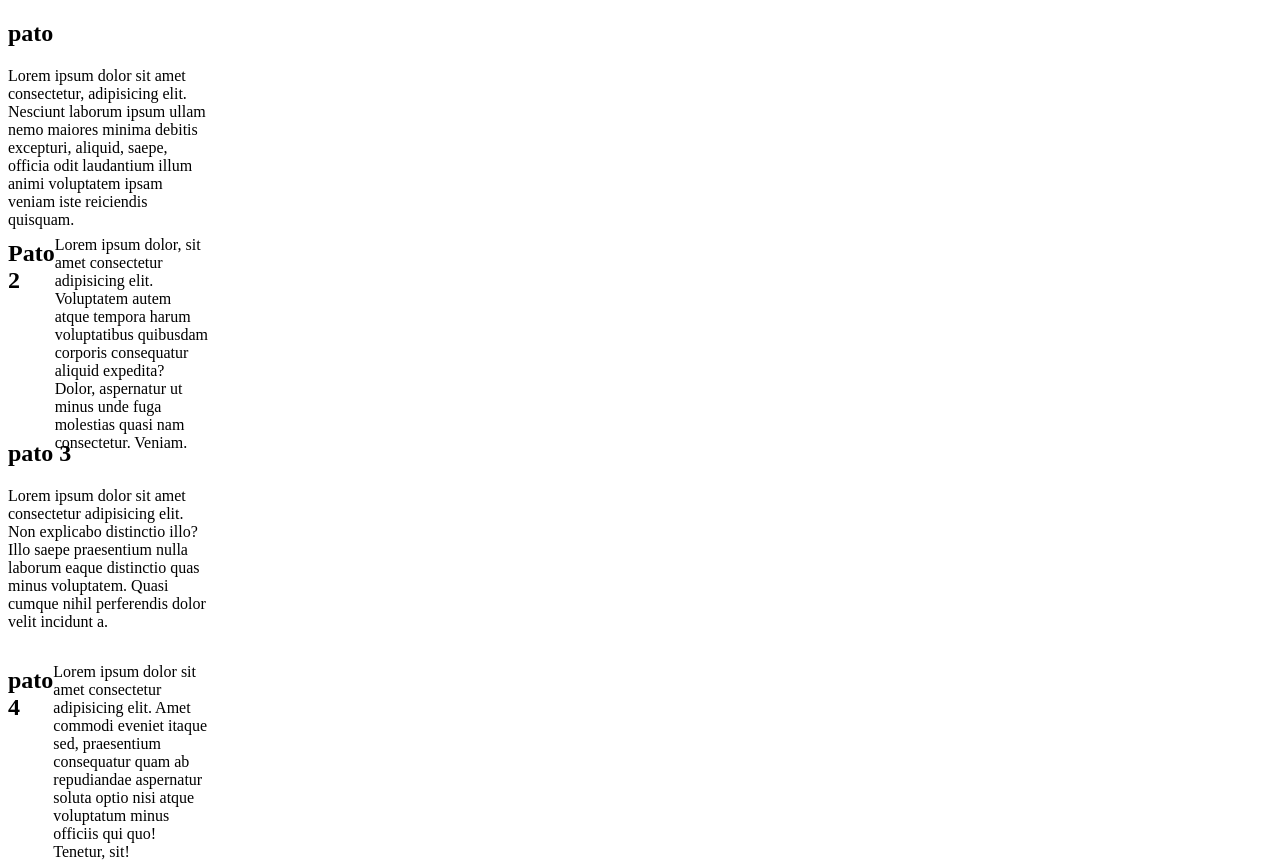
Repository: viviij/Fun-es-Simples-JavaScript
Page: index.html
The author's editor kept a copy of each file at every save. The page is drawn from the files as they stood at one save, then again after the next save.
The browser window is 1280 px wide. The pictures show the whole page.

Above is the page before, as saved 2022-08-25 20:42:21.

### index.html
<!DOCTYPE html>
<html lang="ptBR">
  <head>
    <meta charset="UTF-8">
    <meta http-equiv="X-UA-Compatible" content="IE=edge">
    <meta name="viewport" content="width=device-width, initial-scale=1.0">
    <link rel="stylesheet" href="styles.css">
    <title>Prova C3C</title>
  </head>
  <body>
    <div class="container">
      <section class="questao_1">
        <h1>pato</h1>
        <p>Lorem ipsum dolor sit amet consectetur, adipisicing elit. Nesciunt laborum ipsum ullam nemo maiores minima debitis excepturi, aliquid, saepe, officia odit laudantium illum animi voluptatem ipsam veniam iste reiciendis quisquam.</p>
      </section>

      <div class="containerAlinhamento">
        <section class="questao_2">
          <h1>Pato 2</h1>
          <p>Lorem ipsum dolor, sit amet consectetur adipisicing elit. Voluptatem autem atque tempora harum voluptatibus quibusdam corporis consequatur aliquid expedita? Dolor, aspernatur ut minus unde fuga molestias quasi nam consectetur. Veniam.</p>
        </section>
      </div>

      <section class="questao_3">
        <h1>pato 3</h1>
        <p>Lorem ipsum dolor sit amet consectetur adipisicing elit. Non explicabo distinctio illo? Illo saepe praesentium nulla laborum eaque distinctio quas minus voluptatem. Quasi cumque nihil perferendis dolor velit incidunt a.</p>
      </section>

      <div class="containerAlinhamento">
        <section class="questao_4">
          <h1>pato 4</h1>
          <p>Lorem ipsum dolor sit amet consectetur adipisicing elit. Amet commodi eveniet itaque sed, praesentium consequatur quam ab repudiandae aspernatur soluta optio nisi atque voluptatum minus officiis qui quo! Tenetur, sit!</p>
        </section>
      </div>
    </div>
    <script src="Prova_Segunda_Etapa_C3C.js"></script>
  </body>
</html>

### styles.css
.container {
  margin: 0;
  padding: 0;
  box-sizing: border-box;
}

.container section {
  max-height: 200px;
  max-width: 200px;
}

.container .questao_2,
.questao_4 {
  display: flex;
}

Loaded but not shown: Prova_Segunda_Etapa_C3C.js (no stored copy; drawn as an empty file)

After the next save:
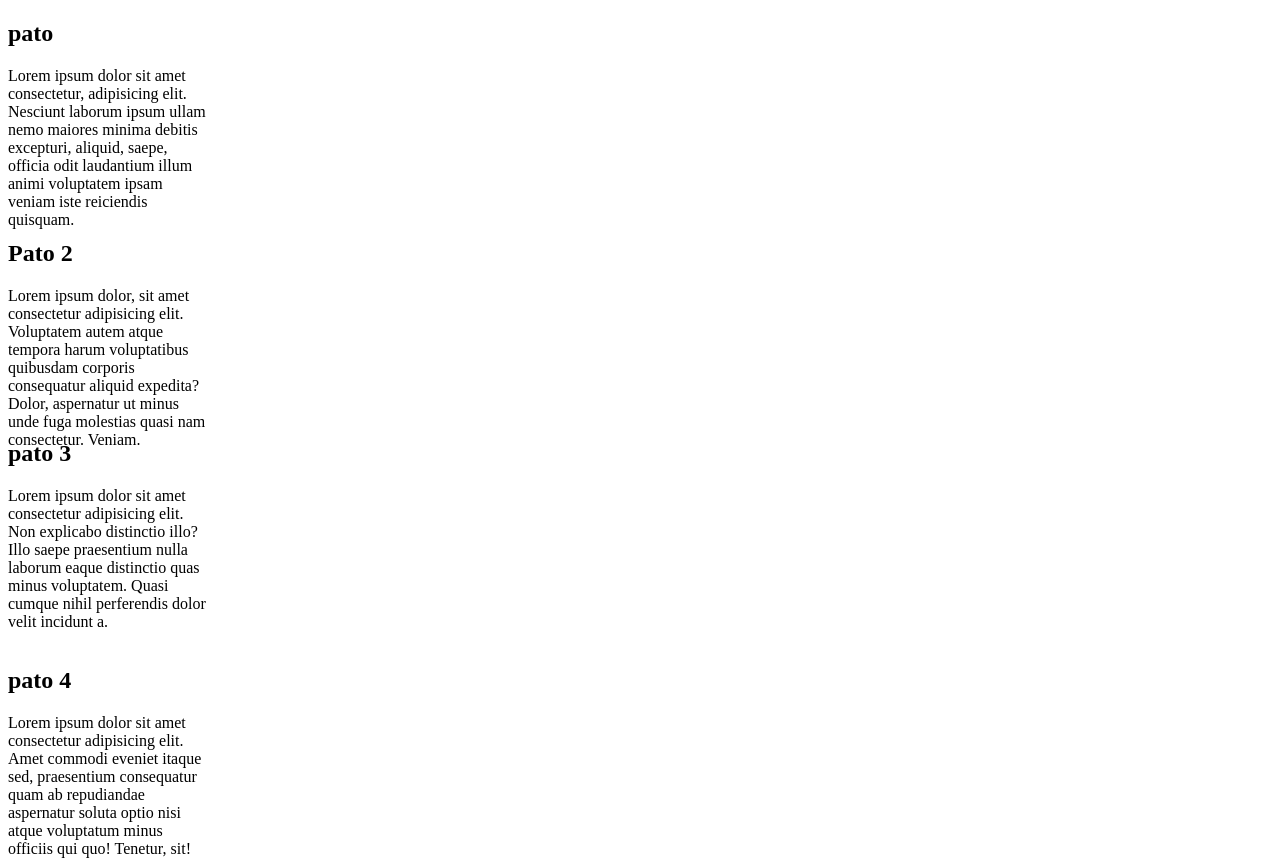
Saved 21 s later.
--- a/styles.css
+++ b/styles.css
@@ -9,7 +9,6 @@
   max-width: 200px;
 }
 
-.container .questao_2,
-.questao_4 {
+.container .containerAlinhamento {
   display: flex;
 }
